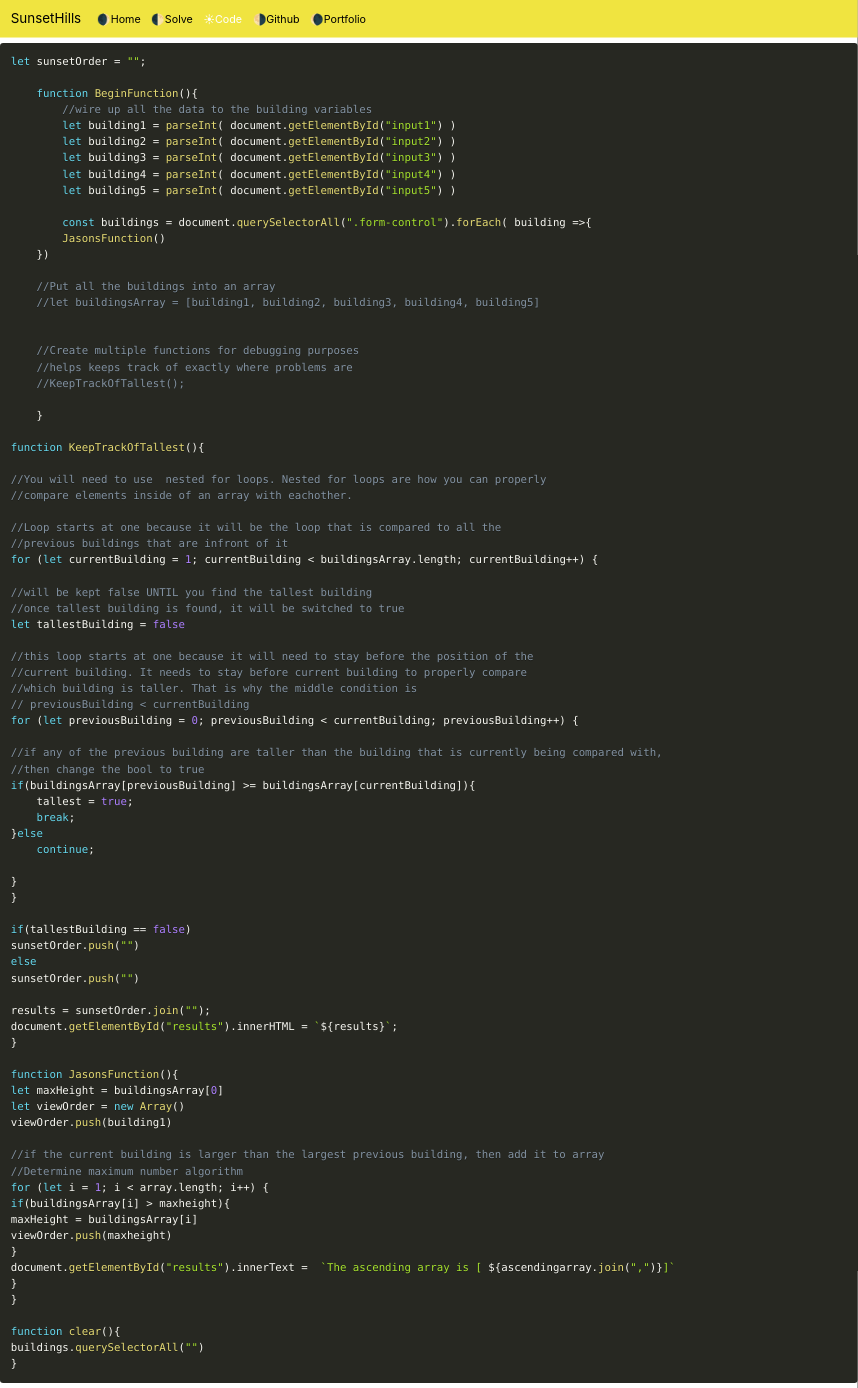
Repository: zhadjah9559/SunsetHills
Page: code.html
These files come from the project's save history. The page is drawn as it stood at one moment and after the next save; the edit follows.
The browser window is 1280 px wide. The pictures show the whole page, at 67% of full size.

Above is the page before, as saved 2021-01-14 17:19:58.

### code.html
<!doctype html>
<html lang="en">
  <head>
    <title>Title</title>
    <!-- Required meta tags -->
    <meta charset="utf-8">
    <meta name="viewport" content="width=device-width, initial-scale=1, shrink-to-fit=no">
    <meta http-equiv="X-UA-Compatible" content="ie=edge">
    <title>Fizz Buzz Coding Challenge (Implementing the Meta Strat</title>


    <!-- Bootstrap CSS -->
    <link rel="stylesheet" href="https://stackpath.bootstrapcdn.com/bootstrap/4.3.1/css/bootstrap.min.css" integrity="sha384-ggOyR0iXCbMQv3Xipma34MD+dH/1fQ784/j6cY/iJTQUOhcWr7x9JvoRxT2MZw1T" crossorigin="anonymous">
    <link rel="stylesheet" href="css/custom.css">
    <link rel="stylesheet" href="css/prism.css">

  </head>
  <body>
    <nav class="navbar navbar-expand-sm navbar-dark" style="background-color:  #F0E440;">
        <a class="navbar-brand" href="#">SunsetHills</a>
        <button class="navbar-toggler d-lg-none" type="button" data-toggle="collapse" data-target="#collapsibleNavId" aria-controls="collapsibleNavId"
            aria-expanded="false" aria-label="Toggle navigation"></button>
        <div class="collapse navbar-collapse" id="collapsibleNavId">
            <ul class="navbar-nav mr-auto mt-2 mt-lg-0">
                <li class="nav-item">
                    <a class="nav-link" href="index.html">🌒Home </a>
                </li>
                <li class="nav-item">
                    <a class="nav-link" href="solve.html">🌓Solve </a>
                </li>
                <li class="nav-item">
                    <a class="nav-link active" href="code.html">☀Code <span class="sr-only">(current)</span></a>
                </li>
                <li class="nav-item">
                    <a class="nav-link" target="_blank" href="https://github.com/zhadjah9559/SunsetHills">🌗Github</a>
                </li>
                <li class="nav-item">
                    <a class="nav-link" target="_blank" href="https://www.zacharyhadjah.netlify.app">🌘Portfolio</a>
                </li>
            </ul>
        </div>
    </nav>

    <pre class="language-javascript">
        <code class="line-numbers">
            let sunsetOrder = "";

    function BeginFunction(){
        //wire up all the data to the building variables
        let building1 = parseInt( document.getElementById("input1") )
        let building2 = parseInt( document.getElementById("input2") )
        let building3 = parseInt( document.getElementById("input3") )
        let building4 = parseInt( document.getElementById("input4") )
        let building5 = parseInt( document.getElementById("input5") )

        const buildings = document.querySelectorAll(".form-control").forEach( building =>{
        JasonsFunction()
    })

    //Put all the buildings into an array
    //let buildingsArray = [building1, building2, building3, building4, building5]


    //Create multiple functions for debugging purposes
    //helps keeps track of exactly where problems are
    //KeepTrackOfTallest();

    }

function KeepTrackOfTallest(){

//You will need to use  nested for loops. Nested for loops are how you can properly
//compare elements inside of an array with eachother.

//Loop starts at one because it will be the loop that is compared to all the
//previous buildings that are infront of it
for (let currentBuilding = 1; currentBuilding < buildingsArray.length; currentBuilding++) {

//will be kept false UNTIL you find the tallest building
//once tallest building is found, it will be switched to true
let tallestBuilding = false

//this loop starts at one because it will need to stay before the position of the
//current building. It needs to stay before current building to properly compare
//which building is taller. That is why the middle condition is
// previousBuilding < currentBuilding
for (let previousBuilding = 0; previousBuilding < currentBuilding; previousBuilding++) {

//if any of the previous building are taller than the building that is currently being compared with,
//then change the bool to true
if(buildingsArray[previousBuilding] >= buildingsArray[currentBuilding]){
    tallest = true;
    break;
}else
    continue;

}
}

if(tallestBuilding == false)
sunsetOrder.push("")
else
sunsetOrder.push("")

results = sunsetOrder.join("");
document.getElementById("results").innerHTML = `${results}`;
}

function JasonsFunction(){
let maxHeight = buildingsArray[0]
let viewOrder = new Array()
viewOrder.push(building1)

//if the current building is larger than the largest previous building, then add it to array
//Determine maximum number algorithm
for (let i = 1; i < array.length; i++) {
if(buildingsArray[i] > maxheight){
maxHeight = buildingsArray[i]
viewOrder.push(maxheight)
}
document.getElementById("results").innerText =  `The ascending array is [ ${ascendingarray.join(",")}]`
}
}

function clear(){
buildings.querySelectorAll("")
}
        </code>
    </pre>

    <!-- Optional JavaScript -->
    <!-- jQuery first, then Popper.js, then Bootstrap JS -->
    <script src="https://code.jquery.com/jquery-3.3.1.slim.min.js" integrity="sha384-q8i/X+965DzO0rT7abK41JStQIAqVgRVzpbzo5smXKp4YfRvH+8abtTE1Pi6jizo" crossorigin="anonymous"></script>
    <script src="https://cdnjs.cloudflare.com/ajax/libs/popper.js/1.14.7/umd/popper.min.js" integrity="sha384-UO2eT0CpHqdSJQ6hJty5KVphtPhzWj9WO1clHTMGa3JDZwrnQq4sF86dIHNDz0W1" crossorigin="anonymous"></script>
    <script src="https://stackpath.bootstrapcdn.com/bootstrap/4.3.1/js/bootstrap.min.js" integrity="sha384-JjSmVgyd0p3pXB1rRibZUAYoIIy6OrQ6VrjIEaFf/nJGzIxFDsf4x0xIM+B07jRM" crossorigin="anonymous"></script>
    <script src="js/custom.js"></script>
    <script src="js/prism.js"></script>

  </body>
</html>

### css/custom.css
.navbar-dark .navbar-nav .active>.nav-link{
    color:black;
}
.navbar-dark .navbar-nav .nav-link{
    color:black;
}
.navbar .navbar-brand{
    color:black;
}

.container {
    width:960px;
    height:640px;
    position:absolute;
    top:50%;
    left:50%;
    margin-top:-320px;
    margin-left:-480px;
}

### css/prism.css
/* PrismJS 1.23.0
https://prismjs.com/download.html#themes=prism-okaidia&languages=markup+css+clike+javascript&plugins=normalize-whitespace */
/**
 * okaidia theme for JavaScript, CSS and HTML
 * Loosely based on Monokai textmate theme by http://www.monokai.nl/
 * @author ocodia
 */

code[class*="language-"],
pre[class*="language-"] {
	color: #f8f8f2;
	background: none;
	text-shadow: 0 1px rgba(0, 0, 0, 0.3);
	font-family: Consolas, Monaco, 'Andale Mono', 'Ubuntu Mono', monospace;
	font-size: 1em;
	text-align: left;
	white-space: pre;
	word-spacing: normal;
	word-break: normal;
	word-wrap: normal;
	line-height: 1.5;

	-moz-tab-size: 4;
	-o-tab-size: 4;
	tab-size: 4;

	-webkit-hyphens: none;
	-moz-hyphens: none;
	-ms-hyphens: none;
	hyphens: none;
}

/* Code blocks */
pre[class*="language-"] {
	padding: 1em;
	margin: .5em 0;
	overflow: auto;
	border-radius: 0.3em;
}

:not(pre) > code[class*="language-"],
pre[class*="language-"] {
	background: #272822;
}

/* Inline code */
:not(pre) > code[class*="language-"] {
	padding: .1em;
	border-radius: .3em;
	white-space: normal;
}

.token.comment,
.token.prolog,
.token.doctype,
.token.cdata {
	color: #8292a2;
}

.token.punctuation {
	color: #f8f8f2;
}

.token.namespace {
	opacity: .7;
}

.token.property,
.token.tag,
.token.constant,
.token.symbol,
.token.deleted {
	color: #f92672;
}

.token.boolean,
.token.number {
	color: #ae81ff;
}

.token.selector,
.token.attr-name,
.token.string,
.token.char,
.token.builtin,
.token.inserted {
	color: #a6e22e;
}

.token.operator,
.token.entity,
.token.url,
.language-css .token.string,
.style .token.string,
.token.variable {
	color: #f8f8f2;
}

.token.atrule,
.token.attr-value,
.token.function,
.token.class-name {
	color: #e6db74;
}

.token.keyword {
	color: #66d9ef;
}

.token.regex,
.token.important {
	color: #fd971f;
}

.token.important,
.token.bold {
	font-weight: bold;
}
.token.italic {
	font-style: italic;
}

.token.entity {
	cursor: help;
}

### js/custom.js
let sunsetOrder = "";

function BeginFunction(){
    //wire up all the data to the building variables
    let building1 = parseInt( document.getElementById("input1") )
    let building2 = parseInt( document.getElementById("input2") )
    let building3 = parseInt( document.getElementById("input3") )
    let building4 = parseInt( document.getElementById("input4") )
    let building5 = parseInt( document.getElementById("input5") )

    const buildings = document.querySelectorAll(".form-control").forEach( building =>{
        JasonsFunction()
    })

     //Put all the buildings into an array
     //let buildingsArray = [building1, building2, building3, building4, building5]


    //Create multiple functions for debugging purposes
    //helps keeps track of exactly where problems are
    //KeepTrackOfTallest();

}

function KeepTrackOfTallest(){


    //You will need to use  nested for loops. Nested for loops are how you can properly
    //compare elements inside of an array with eachother.

    //Loop starts at one because it will be the loop that is compared to all the
    //previous buildings that are infront of it
    for (let currentBuilding = 1; currentBuilding < buildingsArray.length; currentBuilding++) {

        //will be kept false UNTIL you find the tallest building
        //once tallest building is found, it will be switched to true
        let tallestBuilding = false

        //this loop starts at one because it will need to stay before the position of the
        //current building. It needs to stay before current building to properly compare
        //which building is taller. That is why the middle condition is
        // previousBuilding < currentBuilding
        for (let previousBuilding = 0; previousBuilding < currentBuilding; previousBuilding++) {

            //if any of the previous building are taller than the building that is currently being compared with,
            //then change the bool to true
            if(buildingsArray[previousBuilding] >= buildingsArray[currentBuilding]){
                tallest = true;
                break;
            }else
                continue;

        }
    }

    if(tallestBuilding == false)
        sunsetOrder.push("")
    else
        sunsetOrder.push("")

    results = sunsetOrder.join("");
    document.getElementById("results").innerHTML = `${results}`;
}

function JasonsFunction(){
    let maxHeight = buildingsArray[0]
    let viewOrder = new Array()
    viewOrder.push(building1)

    //if the current building is larger than the largest previous building, then add it to array
    //Determine maximum number algorithm
    for (let i = 1; i < array.length; i++) {
        if(buildingsArray[i] > maxheight){
            maxHeight = buildingsArray[i]
            viewOrder.push(maxheight)
        }
        document.getElementById("results").innerText =  `The ascending array is [ ${ascendingarray.join(",")}]`
    }
}

function clear(){
    buildings.querySelectorAll("")
}

Loaded but not shown: js/prism.js (library)

After the next save:
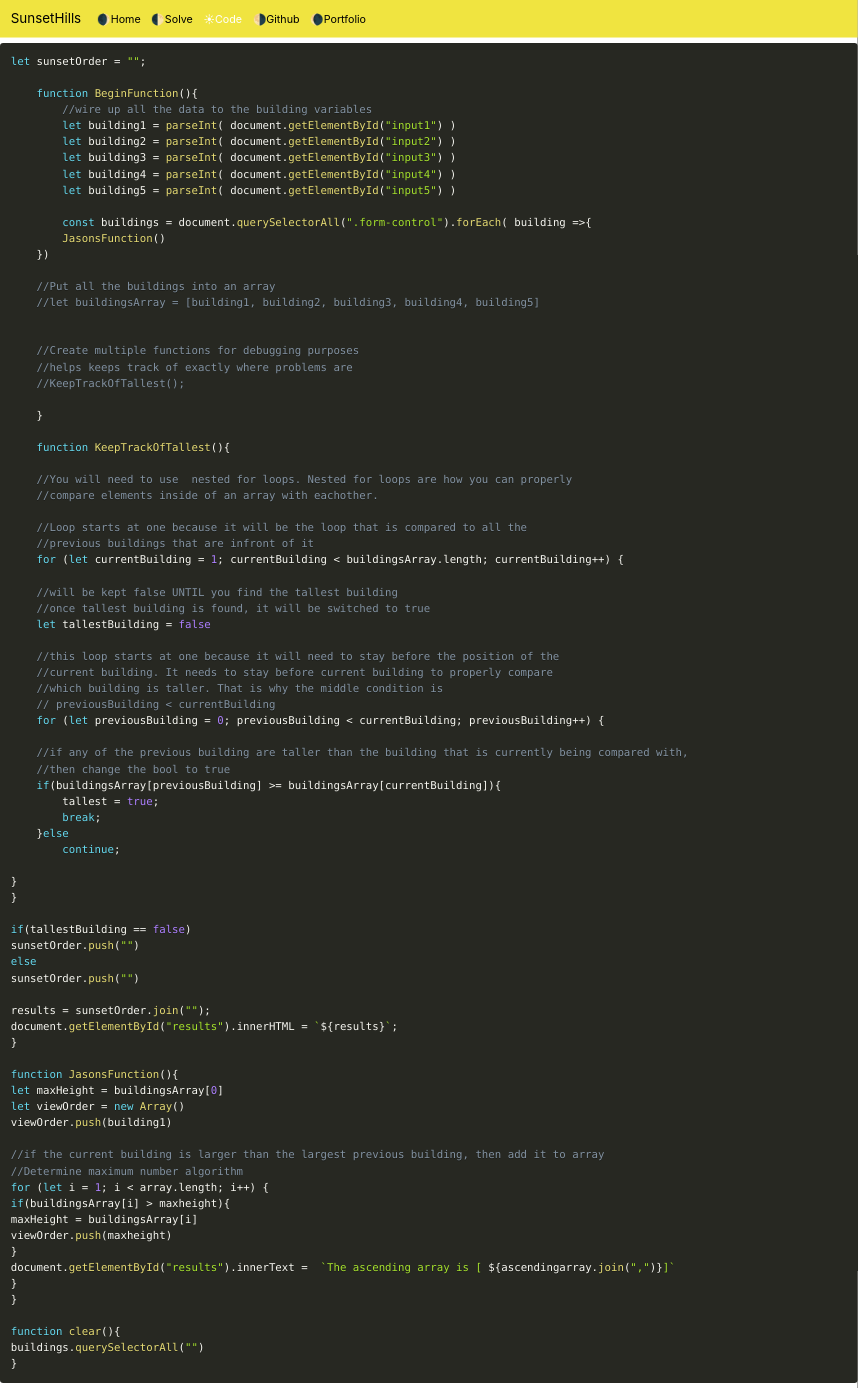
Saved 14 s later.
--- a/code.html
+++ b/code.html
@@ -67,32 +67,32 @@
 
     }
 
-function KeepTrackOfTallest(){
+    function KeepTrackOfTallest(){
 
-//You will need to use  nested for loops. Nested for loops are how you can properly
-//compare elements inside of an array with eachother.
+    //You will need to use  nested for loops. Nested for loops are how you can properly
+    //compare elements inside of an array with eachother.
 
-//Loop starts at one because it will be the loop that is compared to all the
-//previous buildings that are infront of it
-for (let currentBuilding = 1; currentBuilding < buildingsArray.length; currentBuilding++) {
+    //Loop starts at one because it will be the loop that is compared to all the
+    //previous buildings that are infront of it
+    for (let currentBuilding = 1; currentBuilding < buildingsArray.length; currentBuilding++) {
 
-//will be kept false UNTIL you find the tallest building
-//once tallest building is found, it will be switched to true
-let tallestBuilding = false
+    //will be kept false UNTIL you find the tallest building
+    //once tallest building is found, it will be switched to true
+    let tallestBuilding = false
 
-//this loop starts at one because it will need to stay before the position of the
-//current building. It needs to stay before current building to properly compare
-//which building is taller. That is why the middle condition is
-// previousBuilding < currentBuilding
-for (let previousBuilding = 0; previousBuilding < currentBuilding; previousBuilding++) {
+    //this loop starts at one because it will need to stay before the position of the
+    //current building. It needs to stay before current building to properly compare
+    //which building is taller. That is why the middle condition is
+    // previousBuilding < currentBuilding
+    for (let previousBuilding = 0; previousBuilding < currentBuilding; previousBuilding++) {
 
-//if any of the previous building are taller than the building that is currently being compared with,
-//then change the bool to true
-if(buildingsArray[previousBuilding] >= buildingsArray[currentBuilding]){
-    tallest = true;
-    break;
-}else
-    continue;
+    //if any of the previous building are taller than the building that is currently being compared with,
+    //then change the bool to true
+    if(buildingsArray[previousBuilding] >= buildingsArray[currentBuilding]){
+        tallest = true;
+        break;
+    }else
+        continue;
 
 }
 }
